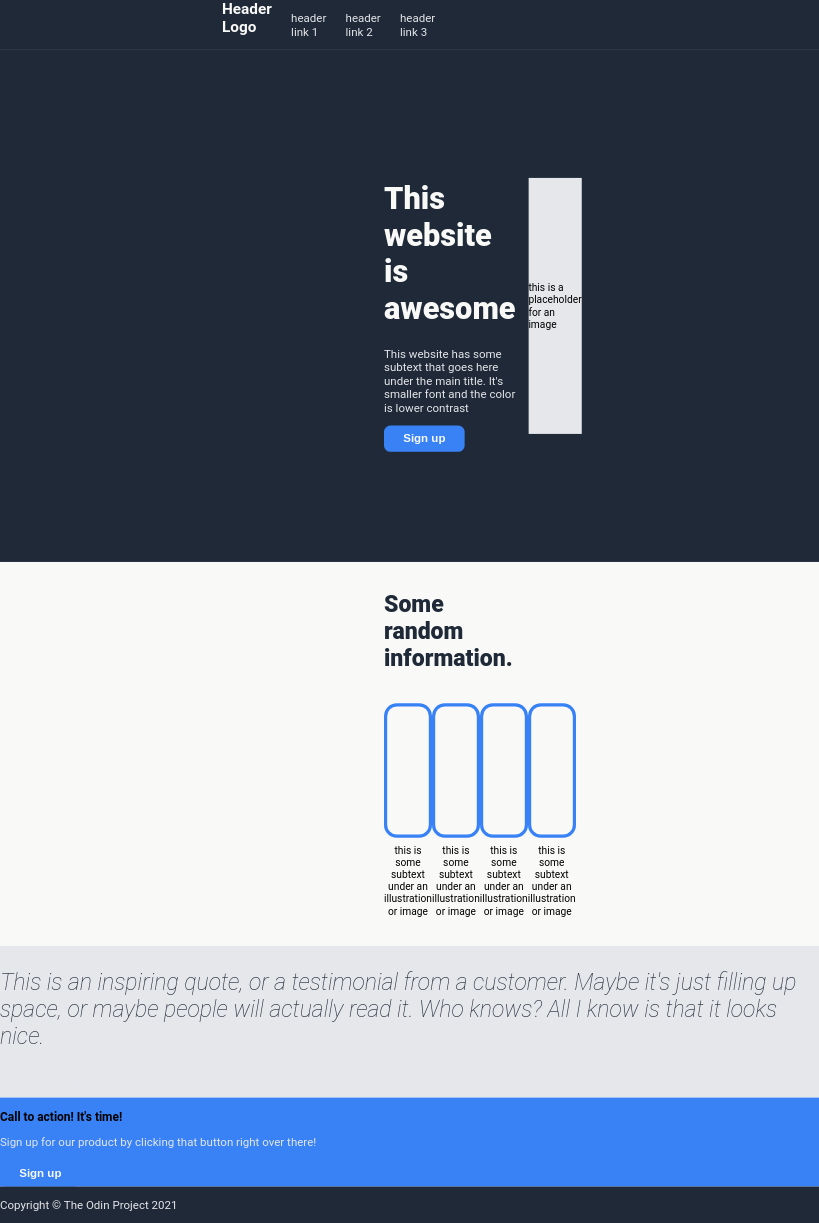
Repository: rsoetydev/landing-page
Page: index.html
These files come from the project's save history. The page is drawn as it stood at one moment and after the next save; the edit follows.
The browser window is 1280 px wide. The pictures show the whole page, at 64% of full size.

Above is the page before, as saved 2023-11-28 10:33:03.

### index.html
<!DOCTYPE html>
<html lang="en">
<head>
    <meta charset="UTF-8">
    <meta name="viewport" content="width=device-width, initial-scale=1.0">
    <title>Landing Page</title>
    <link rel="stylesheet" href="style.css">
</head>
<body>
    <div class="header">
        <h2 class="header-logo">Header Logo</h2>
        <p class="link-1">header link 1 </p>
        <p class="link-2">header link 2</p>
        <p class="link-3"> header link 3</p>
    </div>

    <div class="hero">
        <div class="hero-text">
            <h1 class="hero-title">This website is awesome</h1>
            <p class="hero-subtext">This website has some subtext that goes here under the main title. It's smaller font and the color is lower contrast</p>
            <button class="sign-up">Sign up</button>
        </div>
        <div class="hero-image-cont">
            this is a placeholder for an image
        </div>
    </div>

    <div class="info">
        <h2 class="info-title">Some random information.</h2>
        <div class="item-cont">
            <div class="item">
                <div class="item-pic"></div>
                <div class="item-text">this is some subtext under an illustration or image</div>
            </div>
            <div class="item">
                <div class="item-pic"></div>
                <div class="item-text">this is some subtext under an illustration or image</div>
            </div>
            <div class="item">
                <div class="item-pic"></div>
                <div class="item-text">this is some subtext under an illustration or image</div>
            </div>
            <div class="item">
                <div class="item-pic"></div>
                <div class="item-text">this is some subtext under an illustration or image</div>
            </div>
        </div>
    </div>

    <div class="quote">
        <p class="quote-text">
            This is an inspiring quote, or a testimonial from a customer. Maybe it's just filling up space, or maybe people will actually read it. Who knows? All I know is that it looks nice.
        </p>
        <p class="quote-author">-Thor, God of Thunder</p>
    </div>

    <div class="c2a">
        <div class="c2a-sub">
            <div class="c2a-text-container">
                <h3>Call to action! It's time!</h3>
                <p class="c2a-text">Sign up for our product by clicking that button right over there!</p>
            </div>
            <button class="c2a-sign-up">Sign up</button>
        </div>
    </div>

    <div class="footer">
        <p class="copyright">Copyright © The Odin Project 2021</p>
    </div>

</body>
</html>

### style.css


:root {
    --dark: #1F2937;
    --gray: #E5E7EB;
    --white: #F9FAF8;
    --blue: #3882F6;

    font-family: 'Roboto', arial;
}

body{
    background-color:var(--white);
    padding: 0;
    margin: 0;
    display: flex;
    flex-direction: column;
}

h1{
    font-size:48px;
    font-weight:900;
    color: var(--white);
}

p{
    color: var(--gray);
    font-size: 18px;
}

h2{
    color: var(--white);
    font-size: 24px;
    font: weight 600px;
    padding:0px;
    margin: 0px;
}

.info-title {
    font-size: 36px;
    color:var(--dark);
    font-weight: 900;
}

.quote-text {
    font-size: 36px;
    font-style: italic;
    font-weight: 200;
    color:var(--dark);
}

button{
    background-color: var(--blue);
    color:var(--white);
    font-size: 18px;
    font-weight: 600;
    padding: 10px 30px;
    border: none;
    border-radius: 10px;
}

.header{
    display:flex;
    background-color: var(--dark);
    justify-content: flex-end;
    gap:30px;
    padding: 0px 600px;
}

.header-logo{
    flex: 1;
}

.hero{
    display:flex;
    background-color: var(--dark);
    padding: 100px 600px;
    height: 600px;
    justify-content:space-between;
    align-items: center;
    gap: 20px;
}

.hero-image-cont{
    background-color:var(--gray);
    display:flex;
    justify-content: center;
    align-items: center;
    width: 800px;
    height: 400px;
}

.info-title{
    text-align: center;
    padding: 0 0 50px 0;
}

.info{
    display: flex;
    flex-direction: column;
    justify-content: center;
    height: 600px;
    padding: 0 600px;
}

.item-cont{
    display:flex;
    justify-content: space-evenly;
}

.item{
    display:flex;
    flex-direction: column;
    width: 200px;
    gap: 10px;
}

.item-pic{
    height:200px;
    flex-grow: 1;
    border-style: solid;
    border-color: var(--blue);
    border-radius: 20px;
    border-width: 5px;
}

.item-text{
    text-align: center;
}

.quote{
    background-color: var(--gray);
    height 300px;

}

.c2a{
    background-color: var(--blue);
}

.footer{
    background-color: var(--dark);
}

After the next save:
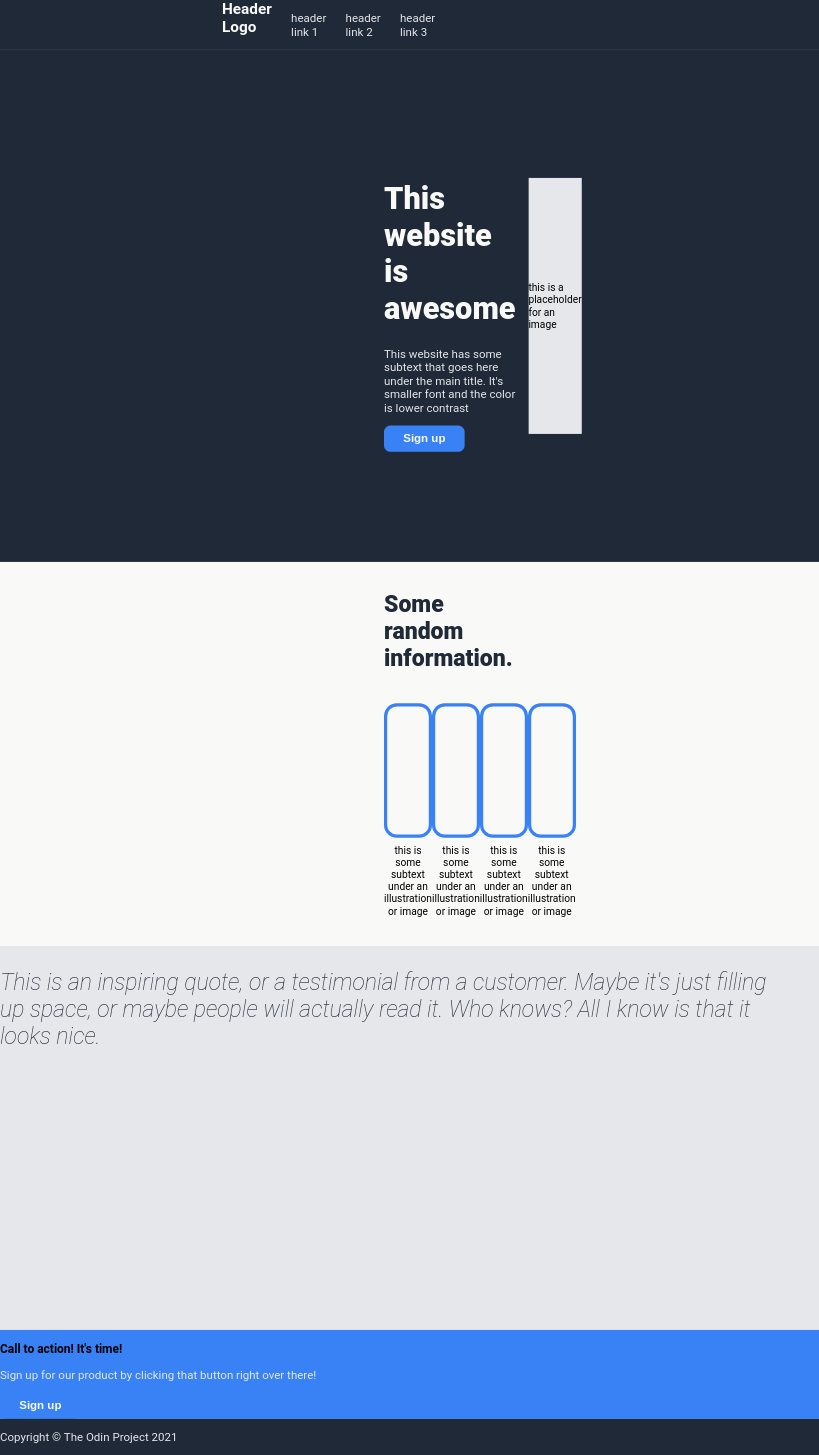
Saved 26 s later.
--- a/style.css
+++ b/style.css
@@ -130,7 +130,8 @@ button{
 
 .quote{
     background-color: var(--gray);
-    height 300px;
+    height: 600px;
+    display:flex;
 
 }
 
